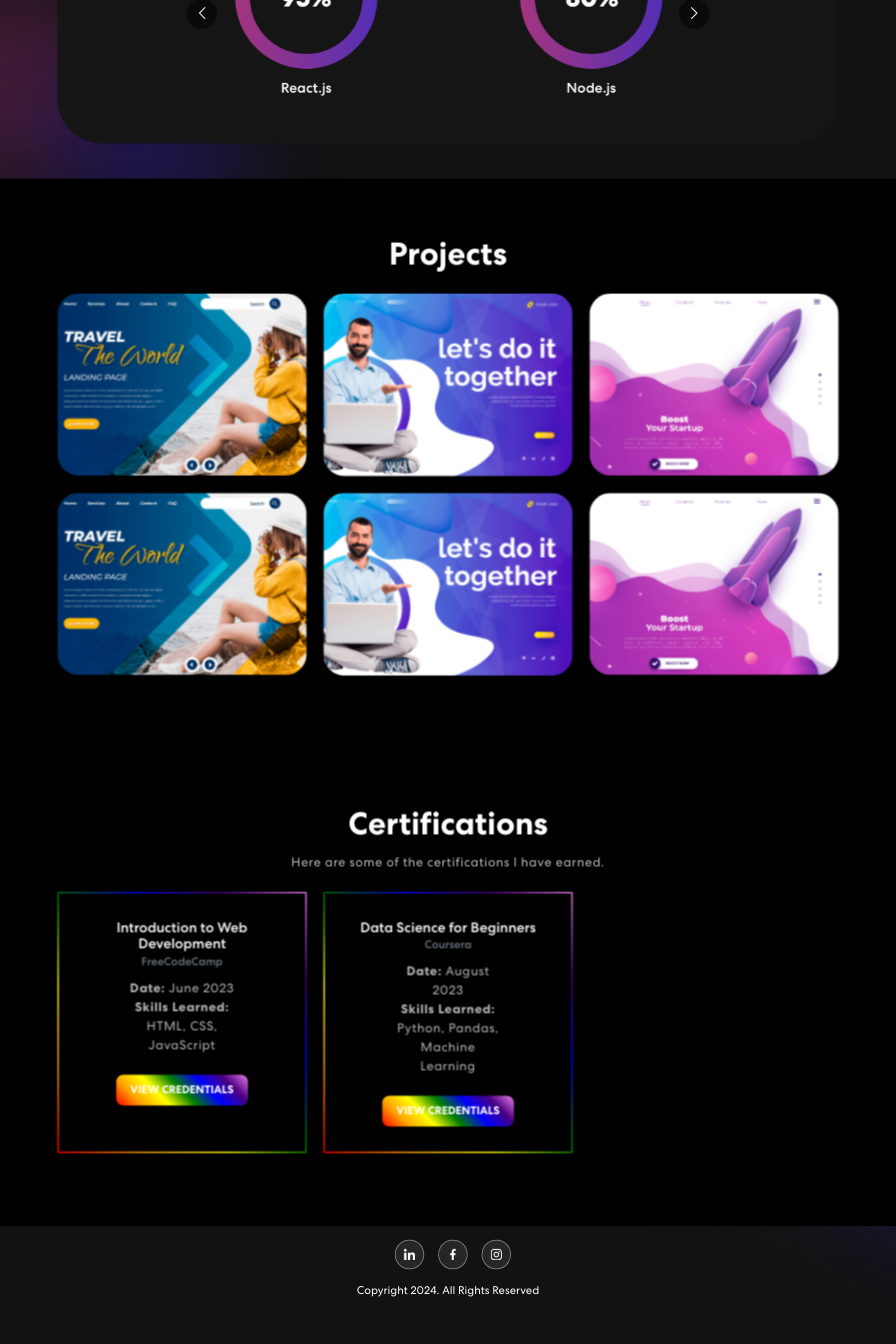
Repository: ChakerChourouk/personal-portfolio
Page: /
These files come from the project's save history. The page is drawn as it stood at one moment and after the next save; the edit follows.
The browser window is 1280 px wide. The pictures show the part of the page from y = 1123 to 3043 px (the page is 3043 px tall), at 70% of full size.
The project was rebuilt for these pictures with package versions that can differ from the ones it lists, and the page was loaded fresh each time.

Above is the page before, as saved 2024-09-19 20:55:23.

After the next save:
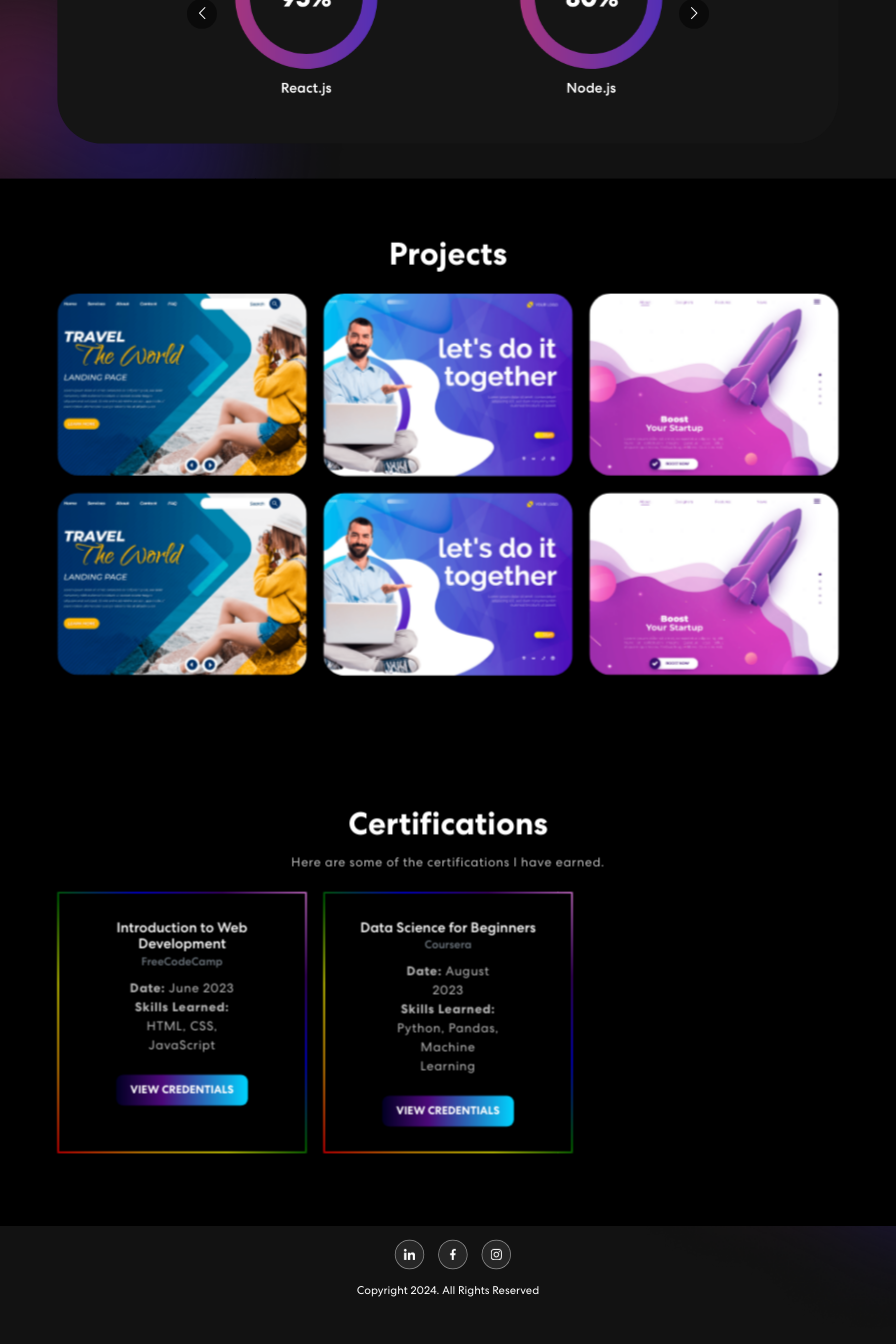
Saved 33 s later.
--- a/src/components/ProjectCard2.css
+++ b/src/components/ProjectCard2.css
@@ -16,7 +16,7 @@
 
   /* Rainbow button */
   .rainbow-button {
-    background: linear-gradient(45deg, red, orange, yellow, green, blue, indigo, violet);
+    background: linear-gradient(90deg, rgba(2,0,36,1) 0%, rgba(76,9,121,1) 35%, rgba(0,212,255,1) 100%);
     border: none;
     color: white;
     border-radius: 10px;
